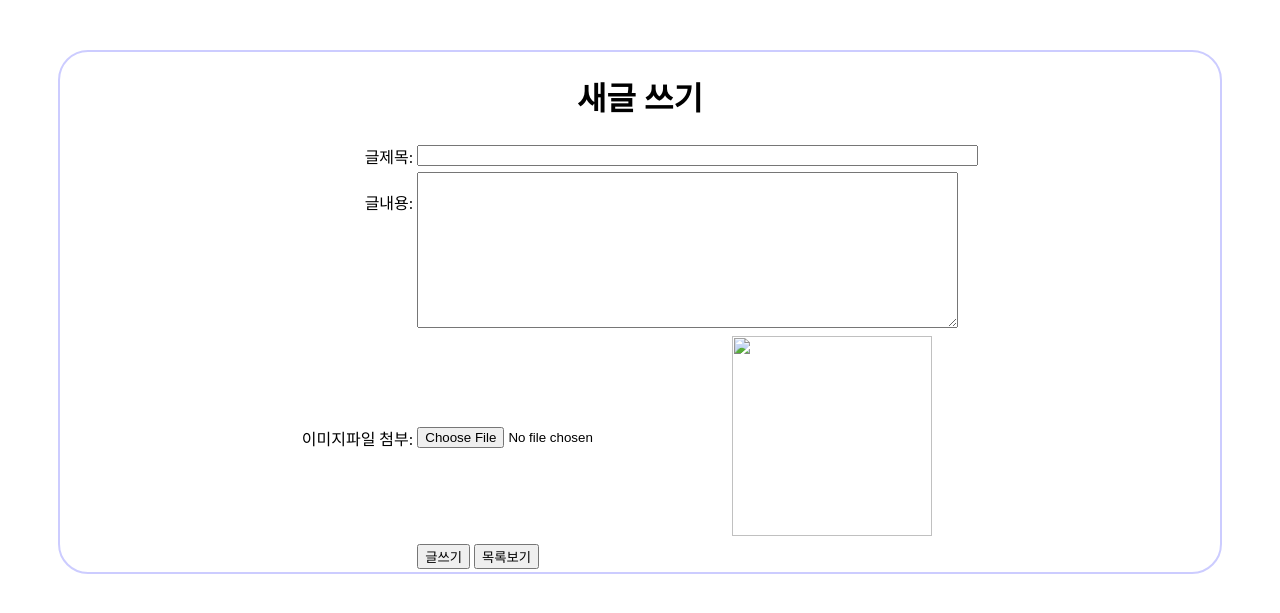
Repository: kimfunn/AI-Platform-
Page: workplace(0518)/13_Shop/WebContent/html/boardWrite.html
These files come from the project's save history. The page is drawn as it stood at one moment and after the next save; the edit follows.
The browser window is 1280 px wide. The pictures show the whole page.

Above is the page before, as saved 2021-06-25 00:30:38.

### workplace(0518)/13_Shop/WebContent/html/boardWrite.html
<!DOCTYPE html>
<html>
<head>
<meta charset="UTF-8">
 <title>새글 쓰기 창</title>
 	<script  src="http://code.jquery.com/jquery-latest.min.js"></script>
	<script type="text/javascript">
	   function readURL(input) {
	      if (input.files && input.files[0]) {
		      var reader = new FileReader();
		      reader.onload = function (e) {
		        $('#preview').attr('src', e.target.result);
	          }
	         reader.readAsDataURL(input.files[0]);
	      }
	  }

	</script>
</head>
<body>
<div style="border:2px solid #ccccff; margin:50px; padding-botton:200px; border-radius:30px;">
<h1 style="text-align:center">새글 쓰기</h1>
  <form name="articleForm" method="post"   action="../main" enctype="application/x-www-form-urlencoded">

  	<input type="hidden" name="sign" value="addArticle.do" >
    <table border="0" align="center">
     <tr>
	   <td align="right">글제목: </td>
	   <td colspan="2"><input type="text" size="67"  maxlength="500" name="title" /></td>
	 </tr>
	 <tr>
		<td align="right" valign="top"><br>글내용: </td>
		<td colspan=2><textarea name="content" rows="10" cols="65" maxlength="4000"></textarea> </td>
     </tr>
     <tr>
        <td align="right">이미지파일 첨부:  </td>
	     <td> <input type="file" name="imageFileName"  onchange="readURL(this);" /></td>
         <td><img  id="preview" src="#"   width=200 height=200/></td>
	 </tr>
	 <tr>
	    <td align="right"> </td>
	    <td colspan="2">
	       <input type="submit" value="글쓰기" />
	       <input type=button value="목록보기"onClick="window.history.back()" />
	    </td>
     </tr>
    </table>

  </form>
  </div>
</body>
</html>

After the next save:
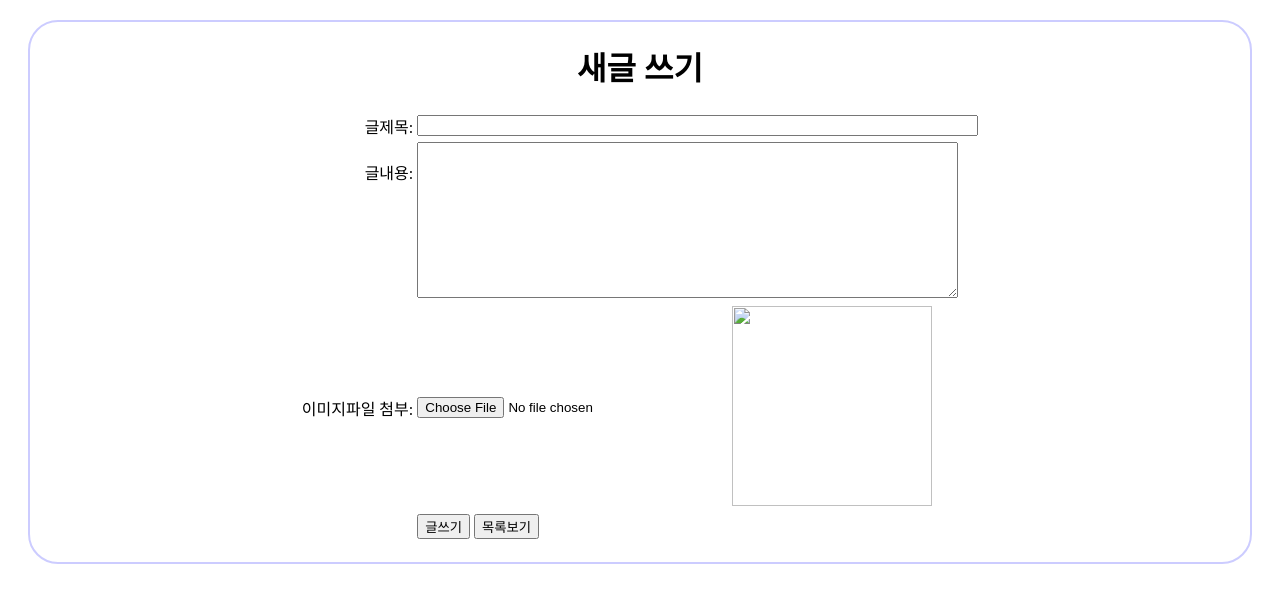
Saved 31 s later.
--- a/workplace(0518)/13_Shop/WebContent/html/boardWrite.html
+++ b/workplace(0518)/13_Shop/WebContent/html/boardWrite.html
@@ -18,7 +18,8 @@
 	</script>
 </head>
 <body>
-<div style="border:2px solid #ccccff; margin:50px; padding-botton:200px; border-radius:30px;">
+<div style="border:2px solid #ccccff;margin:20px;padding-bottom: 20px;border-radius: 30px;">
+
 <h1 style="text-align:center">새글 쓰기</h1>
   <form name="articleForm" method="post"   action="../main" enctype="application/x-www-form-urlencoded">
 
